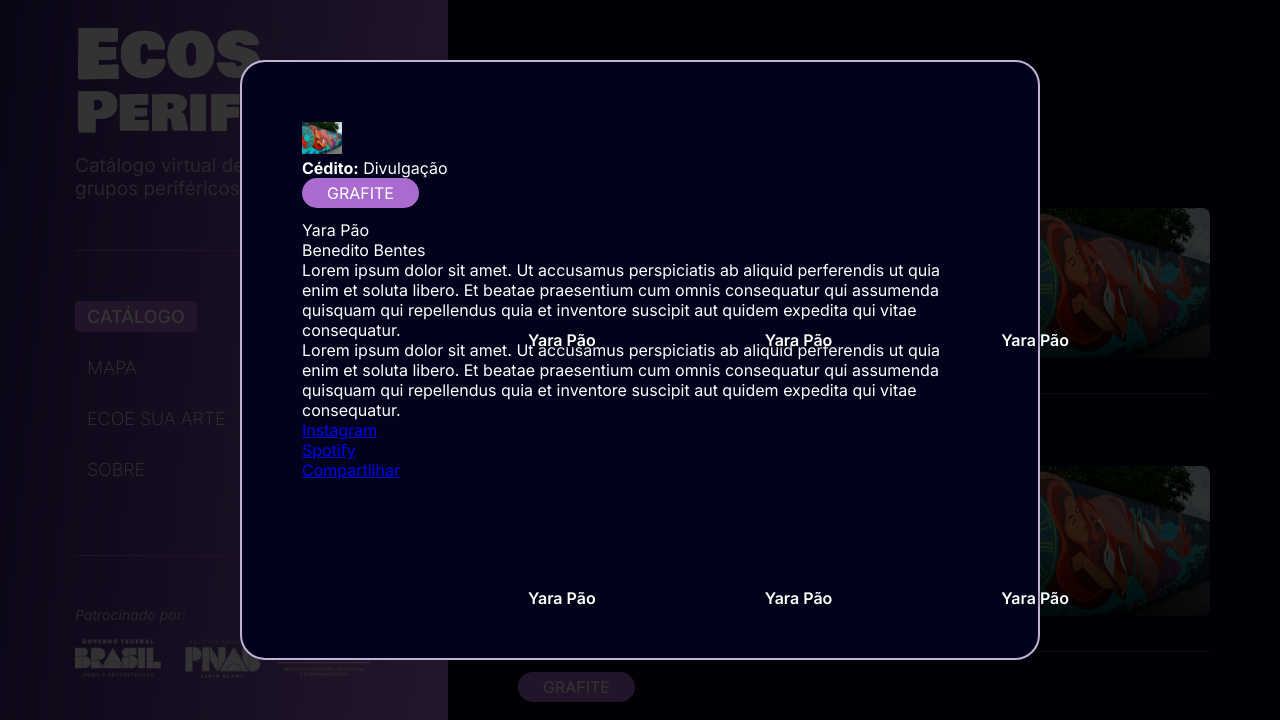
Repository: lucasthaynan/ecos-da-periferia
Page: index.html
The author's editor kept a copy of each file at every save. The page is drawn from the files as they stood at one save, then again after the next save.
The browser window is 1280 px wide. The pictures show the whole page.
An inner scrolling area shows only its first screen.

Above is the page before, as saved 2025-11-11 22:46:16.

### index.html
<!DOCTYPE html>
<html lang="pt-BR">

<head>
    <meta charset="UTF-8">
    <meta name="viewport" content="width=device-width, initial-scale=1.0">
    <link rel="stylesheet" href="style.css?v=1.0">
    <title>Ecos da Periferia</title>
</head>

<body>

    <header class="left">
        <div class="container">
            <img class="logo-ecos" src="./imagens/logo-ecos-da-periferia.png" alt="" srcset="">
            <h2>Catálogo virtual de artistas e grupos periféricos de Maceió</h2>
            <div class="line"></div>
            <div class="menu">
                <div class="btn catalogo active">Catálogo</div>
                <div class="btn mapa">Mapa</div>
                <div class="btn inscricao">Ecoe sua arte</div>
                <div class="btn sobre">Sobre</div>
            </div>
            <div class="line"></div>
            <div class="logos">
                <p>Patrocinado por:</p>
                <div class="list-logos">
                    <img src="./imagens/logos.png" alt="" srcset="">
                </div>
            </div>
        </div>
    </header>

    <section class="catalogo">
        <h3>Catálogo de artístas e grupos</h3>
        <div class="container-grupos hiphop">
            <div class="chapeu">Hip hop</div>
            <div class="lista">
                <div class="artista-1">
                    <img src="./imagens/yara-pao.jpg" alt="" srcset="">
                    <p class="nome">Yara Pão</p>
                </div>
                <div class="artista-2">
                    <img src="./imagens/yara-pao.jpg" alt="" srcset="">
                    <p class="nome">Yara Pão</p>
                </div>
                <div class="artista-3">
                    <img src="./imagens/yara-pao.jpg" alt="" srcset="">
                    <p class="nome">Yara Pão</p>
                </div>

            </div>
        </div>


        <div class="container-grupos grafite">
            <div class="chapeu">Grafite</div>
            <div class="lista">
                <div class="artista-4">
                    <img src="./imagens/yara-pao.jpg" alt="" srcset="">
                    <p class="nome">Yara Pão</p>
                </div>
                <div class="artista-5">
                    <img src="./imagens/yara-pao.jpg" alt="" srcset="">
                    <p class="nome">Yara Pão</p>
                </div>
                <div class="artista-6">
                    <img src="./imagens/yara-pao.jpg" alt="" srcset="">
                    <p class="nome">Yara Pão</p>
                </div>

            </div>
        </div>

        <div class="container-grupos grafite">
            <div class="chapeu">Grafite</div>
            <div class="lista">
                <div class="artista-4">
                    <img src="./imagens/yara-pao.jpg" alt="" srcset="">
                    <p class="nome">Yara Pão</p>
                </div>
                <div class="artista-5">
                    <img src="./imagens/yara-pao.jpg" alt="" srcset="">
                    <p class="nome">Yara Pão</p>
                </div>
                <div class="artista-6">
                    <img src="./imagens/yara-pao.jpg" alt="" srcset="">
                    <p class="nome">Yara Pão</p>
                </div>

            </div>
        </div>

        <div class="container-grupos grafite">
            <div class="chapeu">Grafite</div>
            <div class="lista">
                <div class="artista-4">
                    <img src="./imagens/yara-pao.jpg" alt="" srcset="">
                    <p class="nome">Yara Pão</p>
                </div>
                <div class="artista-5">
                    <img src="./imagens/yara-pao.jpg" alt="" srcset="">
                    <p class="nome">Yara Pão</p>
                </div>
                <div class="artista-6">
                    <img src="./imagens/yara-pao.jpg" alt="" srcset="">
                    <p class="nome">Yara Pão</p>
                </div>

            </div>
        </div>



    </section>

    <section class="sobre">
        <h3>Sobre</h3>
        <div class="texto-sobre">
            <p>Lorem ipsum dolor sit amet. Ut accusamus perspiciatis ab aliquid perferendis ut quia enim et soluta libero. Et beatae praesentium cum omnis consequatur qui assumenda quisquam qui repellendus quia et inventore suscipit aut quidem expedita qui vitae consequatur.</p>
            <p>Lorem ipsum dolor sit amet. Ut accusamus perspiciatis ab aliquid perferendis ut quia enim et soluta libero. Et beatae praesentium cum omnis consequatur qui assumenda quisquam qui repellendus quia et inventore suscipit aut quidem expedita qui vitae consequatur.</p>
            <p>Lorem ipsum dolor sit amet. Ut accusamus perspiciatis ab aliquid perferendis ut quia enim et soluta libero. Et beatae praesentium cum omnis consequatur qui assumenda quisquam qui repellendus quia et inventore suscipit aut quidem expedita qui vitae consequatur.</p>
        </div>

    </section>

    <section class="inscricao">
        <h3>Ecoe sua arte</h3>
        <div class="texto-sobre">
            <p>Faça sua inscrição</p>
        </div>

    </section>

    <section class="mapa">
        <h3>Mapeamentos dos grupos e artistas</h3>
        <div class="texto-sobre">
            <p>Mapa</p>
        </div>

    </section>

    <div class="popup">
        <div class="container">
            <div class="imagem">
                <img src="./imagens/yara-pao.jpg" alt="">
                <p class="credito"><strong>Cédito:</strong> Divulgação</p>
            </div>
            <div class="infos">
                <div class="chapeu">Grafite</div>
                <p class="nome">Yara Pão</p>
                <p class="bairro">Benedito Bentes</p>
                <div class="biografia">
                    <p>Lorem ipsum dolor sit amet. Ut accusamus perspiciatis ab aliquid perferendis ut quia enim et soluta libero. Et beatae praesentium cum omnis consequatur qui assumenda quisquam qui repellendus quia et inventore suscipit aut quidem expedita qui vitae consequatur.</p>
                    <p>Lorem ipsum dolor sit amet. Ut accusamus perspiciatis ab aliquid perferendis ut quia enim et soluta libero. Et beatae praesentium cum omnis consequatur qui assumenda quisquam qui repellendus quia et inventore suscipit aut quidem expedita qui vitae consequatur.</p>
                </div>
                <div class="redes-sociais">
                    <a href="http://"><p class="instagram">Instagram</p></a>
                    <a href="http://"><p class="spotify">Spotify</p></a>
                    <a href="http://"><p class="compartilhar">Compartilhar</p></a>
                </div>

            </div>
        </div>
    </div>

    <script src="main.js?v=1.0"></script>

</body>

</html>

### style.css
@import url('https://fonts.googleapis.com/css2?family=Inter:ital,opsz,wght@0,14..32,100..900;1,14..32,100..900&family=Lato:ital,wght@0,100;0,300;0,400;0,700;0,900;1,100;1,300;1,400;1,700;1,900&family=Poppins:ital,wght@0,100;0,200;0,300;0,400;0,500;0,600;0,700;0,800;0,900;1,100;1,200;1,300;1,400;1,500;1,600;1,700;1,800;1,900&family=Raleway:ital,wght@0,100..900;1,100..900&display=swap');

:root {
    --bg-page: #02021C;
    --bg-menu: linear-gradient(40deg, #311E6D, #C17AE4);
    --font-color: #C1B3D6;
}

* {
    margin: 0;
    padding: 0;
    box-sizing: border-box;
}

body {
    background-color: var(--bg-page);
    font-family: "Inter", sans-serif;
    font-weight: 400;
    font-style: normal;
    color: #ffffff;
    display: flex;
    width: 100vw;
    height: 100vh;
    justify-content: space-between;
    align-items: center
}

img {
    width: 40px;
    height: auto;
}



header {
    width: 35vw;
    max-width: 500px;
    height: 100vh;
    /* border: #C17AE4 solid 1px; */
    background: linear-gradient(96deg, #311E6D 00%, #C17AE4 110%);
    display: flex;
    flex-direction: column;
    justify-content: center;
    padding: 75px;
}

section {
    width: 65vw;
    height: 100vh;
    padding: 70px;
    display: flex;
    flex-direction: column;
    gap: 30px;
    overflow: auto;
}

section.catalogo {
    display: flex;
}

section.sobre {
    display: none;
}

section.mapa {
    display: none;
}

section.inscricao {
    display: none;
}

section.sobre h3,
section.inscricao h3 {
    margin-top: 50px;
    font-size: 35px;
}

section.sobre .texto-sobre {
    max-width: 600px;
    display: flex;
    flex-direction: column;
    gap: 20px;
}

section.sobre .texto-sobre p {
    font-size: 20px;
    line-height: 32px;
    font-weight: 300;
    color: var(--font-color);

}

img.logo-ecos {
    width: 100%;
    max-width: 300px;
}

h2 {
    font-size: 19px;
    font-weight: 400;
    color: var(--font-color);
}

div.line {
    border-top: 1px solid #9f62bd;
    margin: 50px 0;
}

div.menu {
    display: flex;
    flex-direction: column;
    gap: 20px;
    margin-bottom: 70px;
}

div.menu div.btn {
    text-transform: uppercase;
    cursor: pointer;
    width: fit-content;
    padding: 5px 12px;
    border-radius: 5px;
    font-weight: 200;
    font-size: 18px;
    transition: all 0.2s;
}


div.menu div.btn.active {
    background-color: #A96BD0;
    font-weight: 500;
}

div.menu div.btn:hover {
    background-color: #A96BD0;
}

.logos p {
    font-style: italic;
    color: var(--font-color);
    font-size: 14px;
}

.logos img {
    width: 100%;
    max-width: 380px;
}

h3 {
    font-size: 26px;
}

div.container-grupos {
    display: flex;
    flex-direction: column;
    gap: 10px;
    padding-top: 20px;
    margin-top: 5px;
}

div.container-grupos.grafite {
    border-top: 1px solid #40365f;
}


div.container-grupos .lista {
    display: flex;
    flex-direction: row;
    gap: 18px;
}

div.chapeu {
    padding: 5px 25px;
    background-color: #A96BD0;
    width: fit-content;
    text-transform: uppercase;
    border-radius: 15px;
    margin-bottom: 12px;
}

div.lista {
  display: flex;
  gap: 15px;
}

div.lista > div {
  position: relative;
  width: 220px;
  height: 150px;
  overflow: hidden;
  border-radius: 8px;
  cursor: pointer;
}

div.lista > div img {
  width: 100%;
  height: 100%;
  object-fit: cover;
  transition: transform 0.4s ease;
}

/* Zoom leve no hover */
div.lista > div:hover img {
  transform: scale(1.08);
}

/* Degradê preto suave na parte inferior */
div.lista > div::after {
  content: "";
  position: absolute;
  bottom: 0;
  left: 0;
  width: 100%;
  height: 50%;
  background: linear-gradient(to top, rgba(0,0,0,0.7), rgba(0,0,0,0));
  pointer-events: none;
}

/* Nome sobreposto à imagem */
div.lista > div .nome {
  position: absolute;
  bottom: 8px;
  left: 10px;
  right: 10px;
  color: #fff;
  font-weight: 600;
  font-size: 16px;
  z-index: 2;
  text-shadow: 0 2px 4px rgba(0,0,0,0.5);
  margin: 0;
}


div.popup {
    position: absolute;
    width: 100vw;
    height: 100vh;
    background-color: #000000cc;
    display: flex;
    flex-direction: column;
    justify-content: center;
    align-items: center;;
}

div.popup .container {
    width: 800px;
    height: 600px;
    background-color: var(--bg-page);
    padding: 60px;
    border-radius: 25px;
    border: 2.5px solid #C1B3D6;

}

### main.js
document.querySelectorAll("div.menu .btn").forEach((btn) => {
  btn.addEventListener("click", (e) => {
    // Remove 'active' de todos os botões
    document
      .querySelectorAll("div.menu .btn")
      .forEach((b) => b.classList.remove("active"));

    // Esconde todas as seções
    document
      .querySelectorAll("section")
      .forEach((s) => (s.style.display = "none"));

    // Botão clicado
    const el = e.currentTarget;
    el.classList.add("active");

    // Mostra apenas a seção correspondente à classe do botão
    if (el.classList.contains("catalogo")) {
      document.querySelector("section.catalogo").style.display = "flex";
    }
    if (el.classList.contains("sobre")) {
      document.querySelector("section.sobre").style.display = "flex";
    }
    if (el.classList.contains("inscricao")) {
      document.querySelector("section.inscricao").style.display = "flex";
    }
    if (el.classList.contains("mapa")) {
      document.querySelector("section.mapa").style.display = "flex";
    }
  });
});

After the next save:
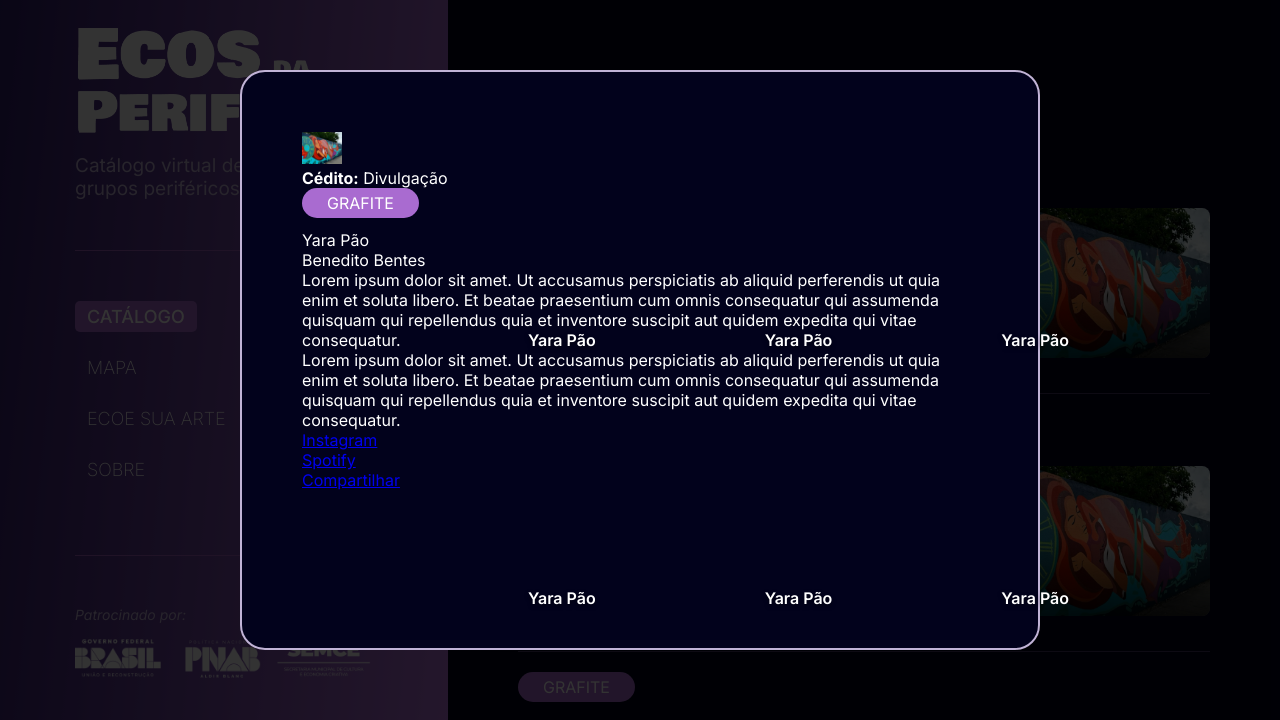
Saved 11 s later.
--- a/style.css
+++ b/style.css
@@ -244,7 +244,7 @@
 
 div.popup .container {
     width: 800px;
-    height: 600px;
+    height: 580px;
     background-color: var(--bg-page);
     padding: 60px;
     border-radius: 25px;
